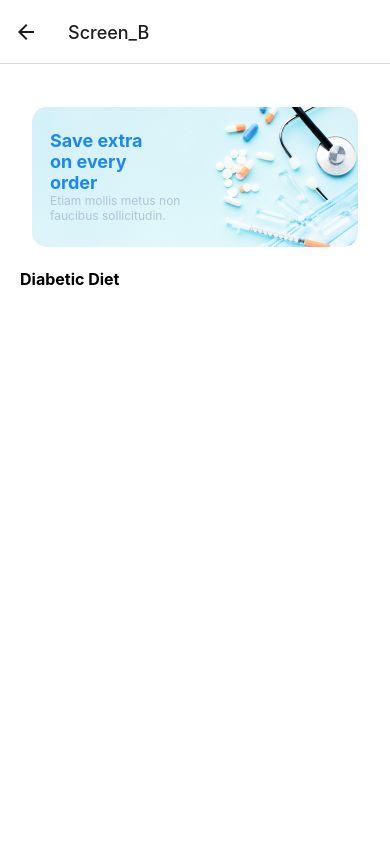
Repository: ntu34543/designReactNative
Screen: /Screen_B
These files come from the project's save history. The screen is drawn as it stood at one moment and after the next save; the edit follows.
The app was drawn by React Native's web renderer in a window 390 px wide. The project was rebuilt for these pictures with package versions that can differ from the ones it lists, and the page was loaded fresh each time.

Above is the screen before, as saved 2022-10-21 15:25:47.

### App.js
import { StatusBar } from "expo-status-bar";
import { StyleSheet, Text, View, Pressable, TabBarIOSItem } from "react-native";
import { NavigationContainer } from "@react-navigation/native";
import { createStackNavigator } from "@react-navigation/stack";
import ScreenA from "./page/Home";
import ScreenB from "./page/DiabetesCare";
import FontAwesome5 from "react-native-vector-icons/FontAwesome5";

const Stack = createStackNavigator();
const Tab = createStackNavigator();
export default function App() {
  return (
    <NavigationContainer>
      <Tab.Navigator
        // screenOptions={{ header: () => null }}
        screenOptions={({ route }) => ({
          tabBarIcon: ({ focused, size, color }) => {
            let iconName;
            if (route.name === "Screen_A") {
              iconName = "autoprefixer";
              size = focused ? 25 : 20;
              // color = focused ? "#f0f" : "#555";
            } else if (route.name === "Screen_B") {
              iconName = "btc";
              size = focused ? 25 : 20;
              // color = focused ? "#f0f" : "#555";
            }
            return <FontAwesome5 name={iconName} size={size} color={color} />;
          },
        })}
        tabBarOptions={{
          activeTintColor: "#f0f",
          inactiveTintColor: "#555",
          inactiveBackgroundColor: "#999",
          showLabel: true,
          labelStyle: { fontSize: 14 },
        }}
      >
        <Tab.Screen
          name="Screen_A"
          component={ScreenA}
          options={{ tabBarBadge: 3 }}
        />
        {/* options={{header: () => null}} */}
        <Tab.Screen name="Screen_B" component={ScreenB} />
      </Tab.Navigator>
    </NavigationContainer>
  );
}

### page/Home.js
import { StatusBar } from "expo-status-bar";
import { StyleSheet, Text, View, Pressable } from "react-native";

export default function ScreenA({ navigation }) {
  const onPressHandler = () => {
    navigation.navigate("Screen_B");
    // navigation.replace("Screen_B");
  };
  return (
    <View style={styles.body}>
      <Text style={styles.text}>Screen A</Text>
      <Pressable
        onPress={onPressHandler}
        style={({ pressed }) => ({
          backgroundColor: pressed ? "#ddd" : "#0f0",
        })}
      >
        <Text style={styles.text}>Go to the Screen B</Text>
      </Pressable>
    </View>
  );
}

const styles = StyleSheet.create({
  body: {
    flex: 1,
    justifyContent: "center",
    alignItems: "center",
  },
  text: {
    fontSize: 30,
    fontWeight: "bold",
  },
});

### page/DiabetesCare.js
import { useState } from "react";
import { StatusBar } from "expo-status-bar";
import {
  StyleSheet,
  Text,
  View,
  Pressable,
  Image,
  ScrollView,
  FlatList,
  SafeAreaView,
} from "react-native";

export default function ScreenB({ navigation }) {
  const DATA = [
    {
      id: "bd7acbea-c1b1-46c2-aed5-3ad53abb28ba",
      title: "First Item",
    },
    {
      id: "3ac68afc-c605-48d3-a4f8-fbd91aa97f63",
      title: "Second Item",
    },
    {
      id: "58694a0f-3da1-471f-bd96-145571e29d72",
      title: "Third Item",
    },
  ];

  const Item = ({ title }) => (
    <View style={styles.item}>
      <Text style={styles.title}>{title}</Text>
    </View>
  );
  const renderItem = ({ item }) => <Item title={item.title} />;

  const onPressHandler = () => {
    navigation.navigate("Screen_A");
    // navigation.goBack();
  };
  return (
    <View style={styles.body}>
      <View style={styles.banner}>
        <View style={styles.imgHeader}>
          <Image
            style={styles.image}
            source={require("../assets/img/banner.png")}
          />
        </View>
        <View style={styles.title}>
          <Text style={styles.title1}>Save extra on every order</Text>
          <Text style={styles.title2}>
            Etiam mollis metus non faucibus sollicitudin.{" "}
          </Text>
        </View>
      </View>
      <View style={styles.topPro}>
        <Text style={styles.title3}>Diabetic Diet</Text>
        <SafeAreaView>
          <FlatList
            data={DATA}
            renderItem={renderItem}
            keyExtractor={(item) => item.id}
          />
        </SafeAreaView>
      </View>
    </View>
  );
}

const styles = StyleSheet.create({
  body: {
    flex: 1,
    backgroundColor: "white",
    padding: 20,
  },
  text: {
    fontSize: 30,
    fontWeight: "bold",
  },
  banner: {
    justifyContent: "center",
    alignItems: "center",
    // marginTop: 100,
    flex: 1,
  },
  imgHeader: {
    position: "absolute",
  },
  title: {
    position: "absolute",
    paddingRight: 120,
  },
  title1: {
    color: "#1987FB",
    fontSize: 18,
    width: 110,
    fontWeight: "bold",
  },
  title2: {
    fontSize: 12,
    width: 170,
    fontWeight: "light",
    color: "#b0c4d4",
  },
  image: {
    borderRadius: 15,
  },
  topPro: {
    flex: 3,
  },
  title3: {
    position: "relative",
    fontSize: 16,
    fontWeight: "bold",
  },
  scrollView: {
    backgroundColor: "pink",
    marginHorizontal: 20,
    flexDirection: "row",
    flexWrap: "wrap",
  },
});

After the next save:
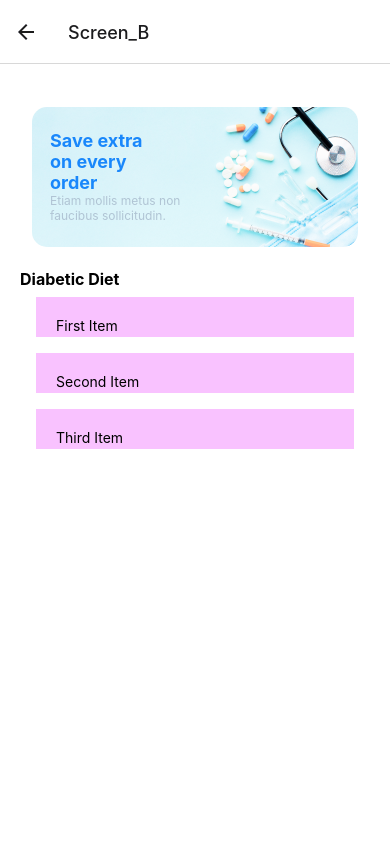
Saved 47 s later.
--- a/page/DiabetesCare.js
+++ b/page/DiabetesCare.js
@@ -120,4 +120,10 @@ const styles = StyleSheet.create({
     flexDirection: "row",
     flexWrap: "wrap",
   },
+  item: {
+    backgroundColor: '#f9c2ff',
+    padding: 20,
+    marginVertical: 8,
+    marginHorizontal: 16,
+  },
 });
